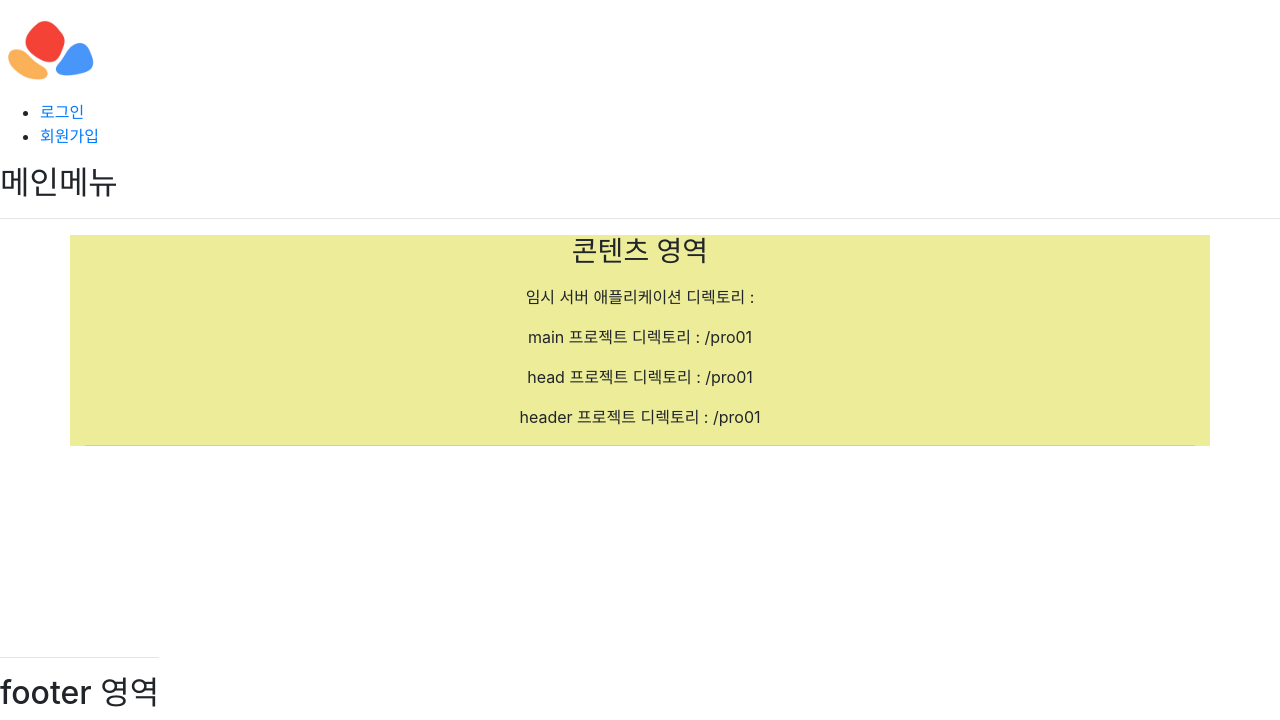
Repository: rnjsmj/pro01
Page: http://localhost/pro01/WEB-INF/index.jsp
An editor plug-in stored every save of this project. The page is shown before and after the next save, followed by the edit.
The browser window is 1280 px wide. The pictures show the whole page.
The page is served by Tomcat 9. Nobody is signed in. Other server files are loaded and not shown. The template is opened directly, without the code that normally fills it, so the values that code supplies are empty.

Above is the page before, as saved 2024-04-04 00:57:05.

### pro01/WebContent/WEB-INF/index.jsp
<%@ page language="java" contentType="text/html; charset=UTF-8"
    pageEncoding="UTF-8"%>
<%@ taglib prefix="c" uri="http://java.sun.com/jsp/jstl/core" %>
<%@ taglib prefix="fmt" uri="http://java.sun.com/jsp/jstl/fmt" %>
<c:set var="path0" value="<%=request.getContextPath() %>"/>
<!DOCTYPE html>
<html>
<head>
<meta charset="UTF-8">
<title>${title }</title>
<%@ include file="/head.jsp" %>
<style>
	.page { text-align : center;}
	.container { background-color: #ecec99; }
</style>
</head>
<body>
<div id="header">
	<%@ include file="/header.jsp" %>
</div>

<div id="contents" class="container">
	<section class="page" id="page1">
		<div>
			<h3>콘텐츠 영역</h3>
		</div>
	</section>
	<section class="page" id="page2">
		<div>
			<p>${author }</p>
			<p>임시 서버 애플리케이션 디렉토리 : ${realPath }</p>
			<!-- realPath : WebContent 내부 파일을 임시 파일로 가져와서 실행하는 경로 -->
			<p>main 프로젝트 디렉토리 : ${path0 }</p>
			<p>head 프로젝트 디렉토리 : ${ipath }</p>
			<p>header 프로젝트 디렉토리 : ${hpath }</p>
			<!-- contextPath : ip주소와 포트번호를 내장한 프로젝트 디렉토리 -->
		</div>
	</section>

	<hr>
</div>

<div id="footer" style="position:absolute; bottom:0;">
	<%@ include file="/footer.jsp" %>
</div>
</body>
</html>

### pro01/WebContent/head.jsp
<%@ page language="java" contentType="text/html; charset=UTF-8"
    pageEncoding="UTF-8"%>
<%@ taglib prefix="c" uri="http://java.sun.com/jsp/jstl/core" %>
<%@ taglib prefix="fmt" uri="http://java.sun.com/jsp/jstl/fmt" %>
<c:set var="ipath" value="<%= request.getContextPath() %>" />
<script src="${ipath }/js/jquery-3.2.1.min.js"></script>
<link rel="stylesheet" href="${ipath }/css/bootstrap.min.css" />
<script src="${ipath }/js/bootstrap.min.js"></script>
<meta name="viewport" content="width=device-width, initial-scale=1.0">
<meta name="subject" content="갈현동 소개 (Galhyeon-dong Intro)" />
<meta name="description" content="갈현동, 로데오거리, 맛집, 교통" />
<meta name="keywords" content="갈현동, 갈현1동, 갈현2동, 거리, 맛집, 교통편, 연신내역, 연신내, 구산역, 구산동, 구파발, 로데오거리, 연신내로데오거리, 메트로타워, 주점" />
<link rel="icon" href="${ipath }/images/favicon.png" />
<link rel="shortcut icon" href="${ipath}/images/favicon3.png" />
<meta property="og:type" content="website" />
<meta property="og:title" content="갈현동" />
<meta property="og:description" content="갈현동, 로데오거리, 맛집, 교통" />
<meta property="og:image" content="${ipath }/images/site.png" />
<meta property="og:url" content="http://localhost:8091" />

### pro01/WebContent/header.jsp
<%@ page language="java" contentType="text/html; charset=UTF-8"
    pageEncoding="UTF-8"%>
<%@ taglib prefix="c" uri="http://java.sun.com/jsp/jstl/core" %>
<%@ taglib prefix="fmt" uri="http://java.sun.com/jsp/jstl/fmt" %>
<c:set var="hpath" value="<%= request.getContextPath() %>" />
<header>
	<div class="logo_wrap" >
		<a href="/pro01"><img alt="갈현동" src="${hpath }/images/favicon3.png" width=100px> </a>
	</div>
	<nav id="tnb">
		<ul>
			<c:if test="${empty sid }">
			<li><a href="${hpath }/member/">로그인</a></li>
			<li><a href="${hpath }/member/">회원가입</a></li>
			</c:if>
			<c:if test="${not empty sid }">
			<li><a href="${hpath }/member/">로그아웃</a></li>
			<li><a href="${hpath }/member/">마이페이지</a></li>
			</c:if>
			<c:if test="${sid.equals('admin') }">
			<li><a href="${hpath }/admin">관리자 페이지</a></li>
			</c:if>
		</ul>
	</nav>
	<nav id="gnb">
		<h2>메인메뉴</h2>
	</nav>
</header>
<hr>

### pro01/WebContent/footer.jsp
<%@ page language="java" contentType="text/html; charset=UTF-8"
    pageEncoding="UTF-8"%>
<hr>
<footer>
	<h2>footer 영역</h2>
</footer>

Loaded but not shown: pro01/WebContent/js/jquery-3.2.1.min.js (library); pro01/WebContent/css/bootstrap.min.css (library); pro01/WebContent/js/bootstrap.min.js (library)

After the next save:
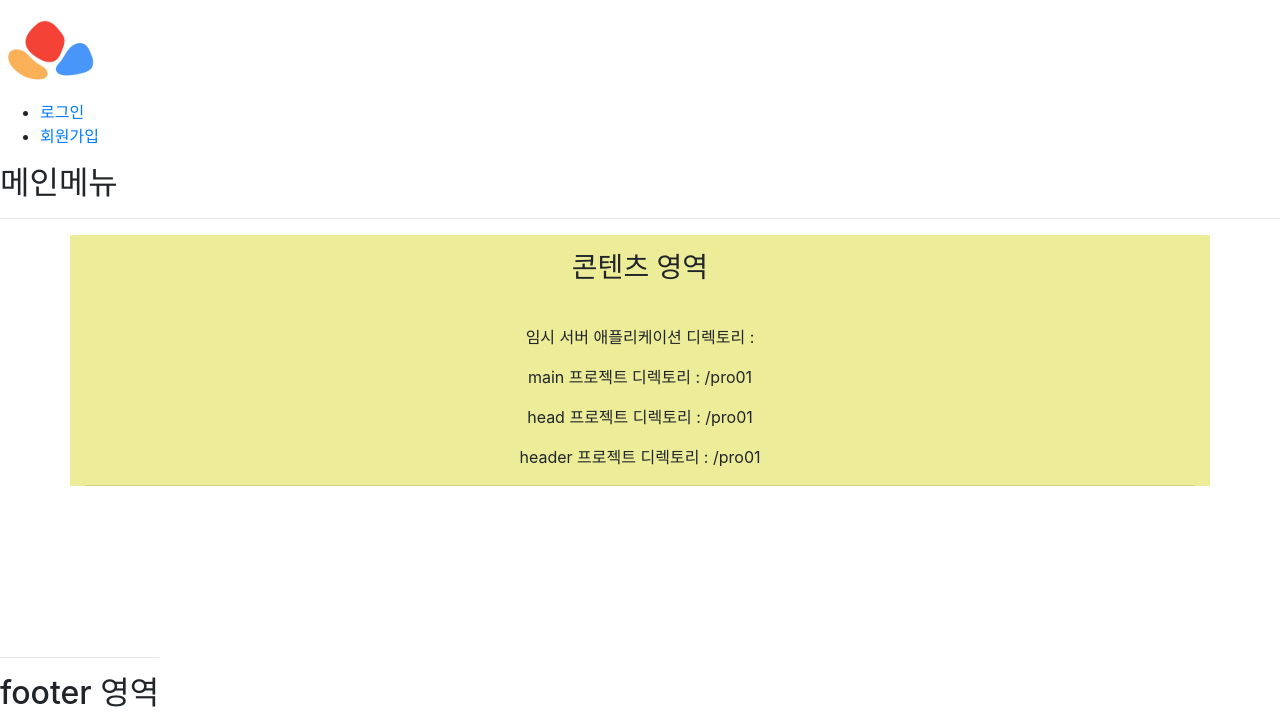
Saved 20 s later.
--- a/pro01/WebContent/WEB-INF/index.jsp
+++ b/pro01/WebContent/WEB-INF/index.jsp
@@ -12,6 +12,7 @@
 <style>
 	.page { text-align : center;}
 	.container { background-color: #ecec99; }
+	#page1 { padding : 1em;}
 </style>
 </head>
 <body>
